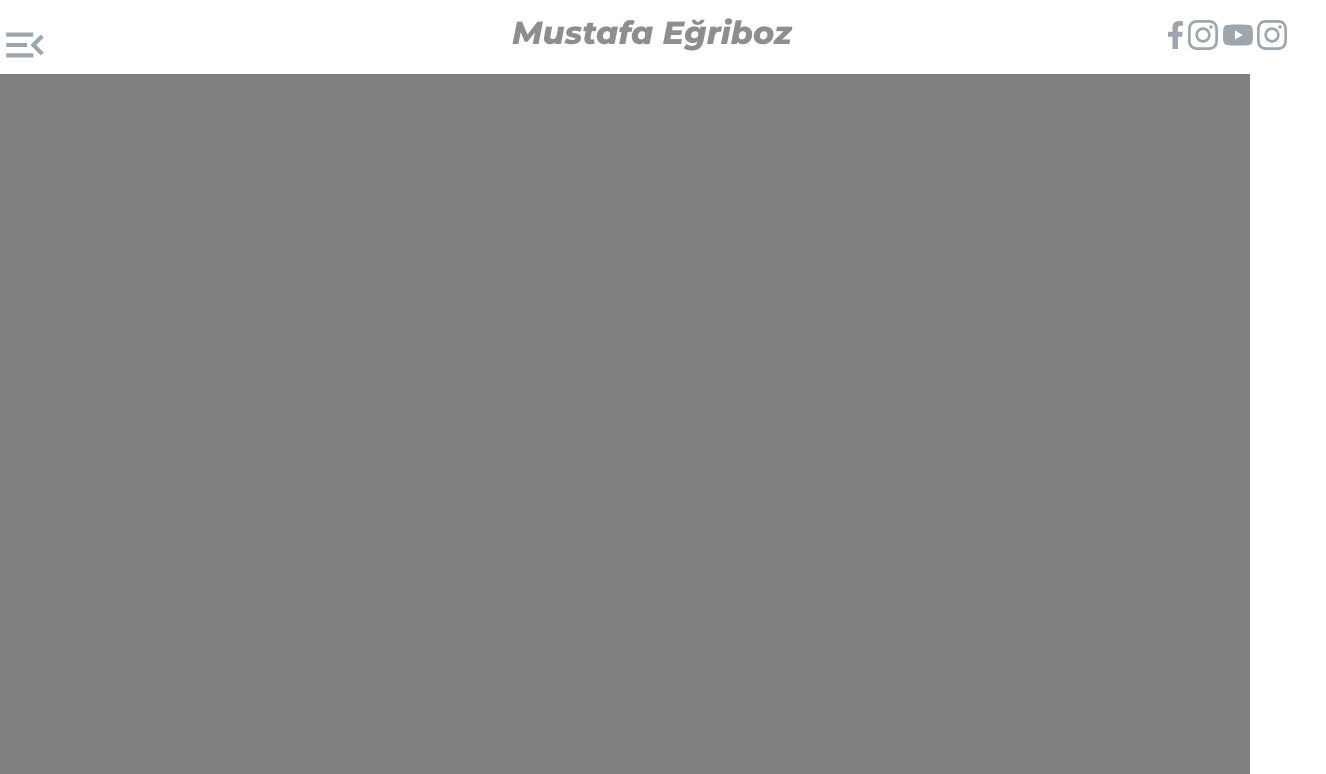
Repository: CengoCengo/m.e-gallery-web-site
Page: index.html
The author's editor kept a copy of each file at every save. The page is drawn from the files as they stood at one save, then again after the next save.
The browser window is 1280 px wide. The page is 1287 px wide, then 1326 px, so the pictures cover 1326 px, including what lies to the right of the window. The pictures show the whole page.

Above is the page before, as saved 2021-02-06 14:52:16.
Console error: TypeError: Cannot read properties of null (reading 'style')

### index.html
<!DOCTYPE html>
<html lang="en">
  <head>
    <meta charset="UTF-8" />
    <meta name="viewport" content="width=device-width, initial-scale=1.0" />
    <link rel="stylesheet" href="styles/style.css" />
    <link rel="preconnect" href="https://fonts.gstatic.com" />
    <link
      href="https://fonts.googleapis.com/css2?family=Montserrat:ital,wght@1,800&display=swap"
      rel="stylesheet"
    />

    <title>Mustafa Eğriboz</title>
  </head>
  <body>
    <!-- Navigator -->
    <div class="menu-container">
      <img
        id="icon-menu"
        src="images/icon/menu_open-black-18dp.svg"
        alt="icon-menu"
        width="50"
      />
      <h1>Mustafa Eğriboz</h1>

      <div class="social-media-container">
        <a href=""
          ><img alt="Qries" src="images/icon/facebook-f-brands.svg" width=15"
          height="70"></a
        >

        <a href=""
          ><img alt="Qries" src="images/icon/instagram-brands.svg" width=30"
          height="70"></a
        >

        <a href=""
          ><img alt="Qries" src="images/icon/youtube-brands.svg" width=30"
          height="70"></a
        >

        <a href=""
          ><img alt="Qries" src="images/icon/instagram-brands.svg" width=30"
          height="70"></a
        >
      </div>
    </div>

    <!-- Slider -->

    <div class="slider-container">
      <div class="slider"></div>
    </div>

    <script type="text/javascript" src="js/script.js"></script>
  </body>
</html>

### styles/style.css
*{
    margin: 0;
    padding: 0;
    font-family:  'Montserrat', sans-serif;


}

.main-container{
    width: 100%;
}

.menu-container{
    display: inline-block;
    position: relative;
    width: 100%;
    height: auto;



}

#icon-menu img{
    display: inline-block;
    width:2rem;

}

.menu-container h1{
    display: inline-block;
    position: absolute;
    margin-top: 1%;
    left: 40%;
    width: 300px;
    color:#8e8e8e;

}

.social-media-container{
    display: inline;
    position: relative;
    width: 100%;
    left: 87%;



}

.icon-social{
    margin-left: 3%;
}




.slider{
    background-color: grey;
    width: 1250px;
    height: 700px;

}

### js/script.js
var x = document.querySelector("p");
x.style.backgroundColor = "red";

After the next save:
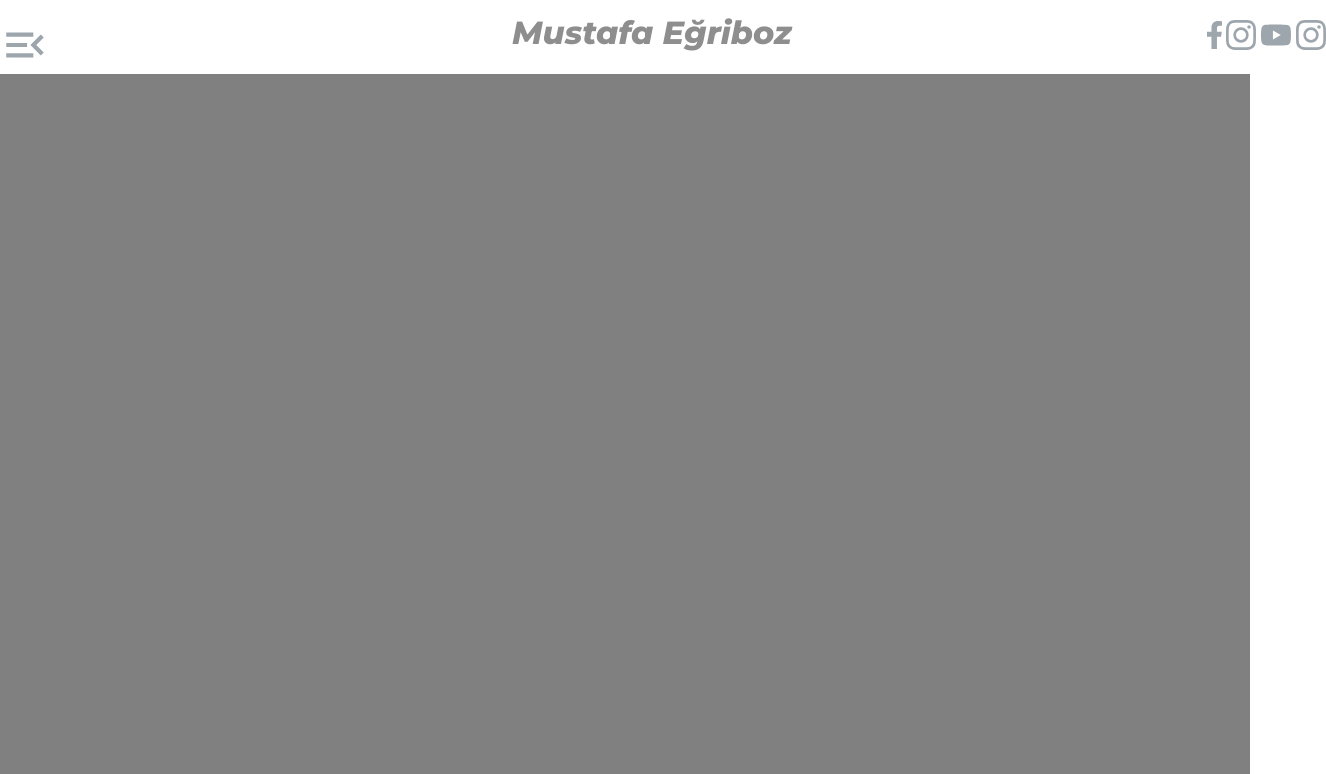
Saved 47 s later.
--- a/index.html
+++ b/index.html
@@ -23,7 +23,7 @@
       />
       <h1>Mustafa Eğriboz</h1>
 
-      <div class="social-media-container">
+      <div class="social-media-container icon-social">
         <a href=""
           ><img alt="Qries" src="images/icon/facebook-f-brands.svg" width=15"
           height="70"></a
